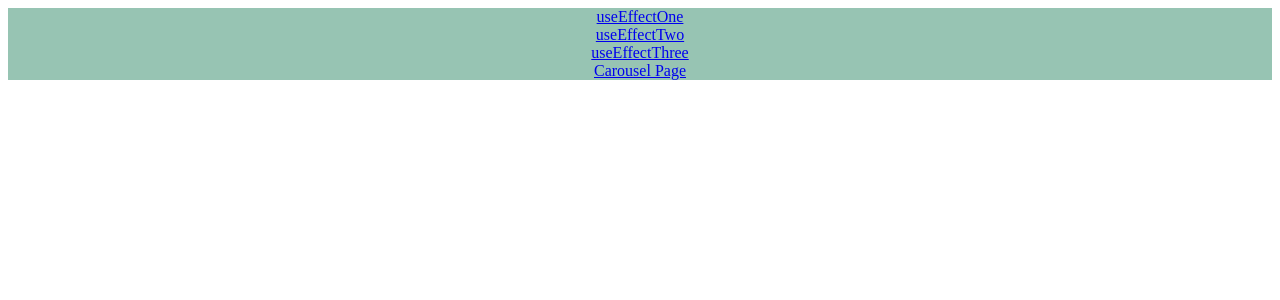
Repository: jennydmcm/useeffect-carousel
Page: /
These files come from the project's save history. The page is drawn as it stood at one moment and after the next save; the edit follows.
The browser window is 1280 px wide. The pictures show the whole page.
The project was rebuilt for these pictures with package versions that can differ from the ones it lists, and the page was loaded fresh each time. The framework's server and built-in components were replaced by stand-ins that run in the browser. Also part of the build but not shown: next.config.js.

Above is the page before, as saved 2023-02-23 18:30:31.

### pages/index.js
import Head from 'next/head'
import styles from '@/styles/Home.module.css'
import Link from 'next/link'

export default function Home() {
  return (
    <>
      <Head>
        <title>Create Next App</title>
        <meta name="description" content="Generated by create next app" />
        <meta name="viewport" content="width=device-width, initial-scale=1" />
        <link rel="icon" href="/favicon.ico" />
      </Head>
      <main className={styles.main}>
        <Link className={styles.link} href="/useEffectOne">useEffectOne</Link>
        <Link className={styles.link} href="/useEffectTwo">useEffectTwo</Link>
        <Link className={styles.link} href="/useEffectThree">useEffectThree</Link>
        <Link className={styles.link} href="/carouselPage">Carousel Page</Link>
      </main>
    </>
  )
}

### styles/Home.module.css
.main {
  display: flex;
  flex-direction: column;
  justify-content: space-between;
  align-items: center;
  background-color: #97C4B3;
}

Loaded but not shown: pages/_app.js (common file); pages/_document.js (common file); styles/globals.css (common file)

After the next save:
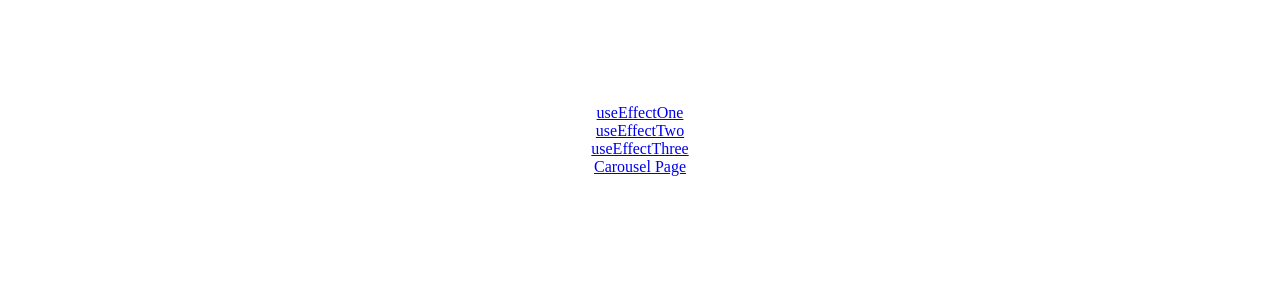
Saved 15 s later.
--- a/styles/Home.module.css
+++ b/styles/Home.module.css
@@ -3,5 +3,6 @@
   flex-direction: column;
   justify-content: space-between;
   align-items: center;
-  background-color: #97C4B3;
+  padding: 6rem;
+  min-height: 100#;
 }
